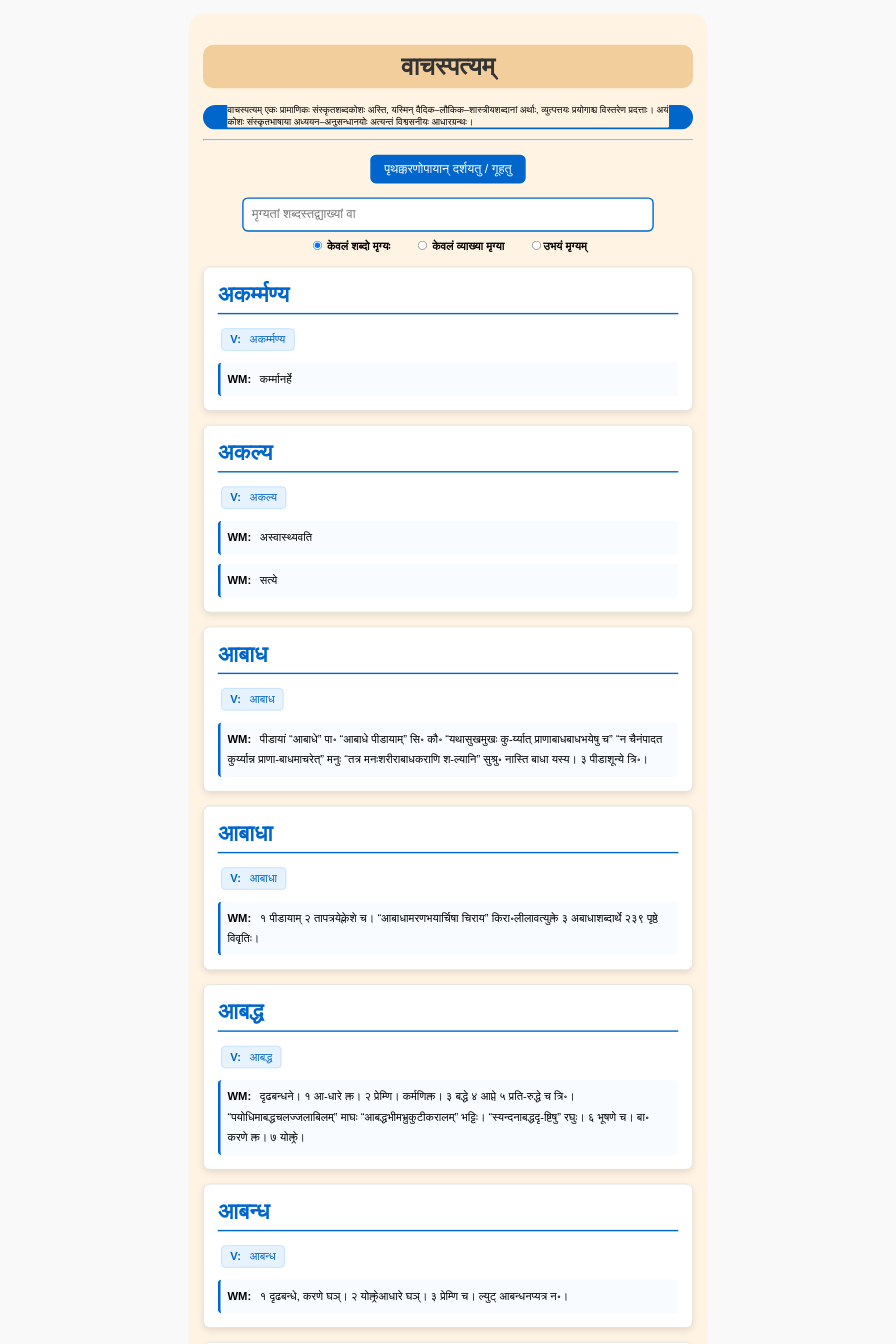
Repository: sanskritsphere/vachaspatyam-demo
Page: index.html
The author's editor kept a copy of each file at every save. The page is drawn from the files as they stood at one save, then again after the next save.
The browser window is 1280 px wide. The pictures show the part of the page from y = 0 to 1920 px (the page is 3446 px tall before and 3444 px after), at 70% of full size.

Above is the page before, as saved 2025-12-14 12:49:09.

After the next save:
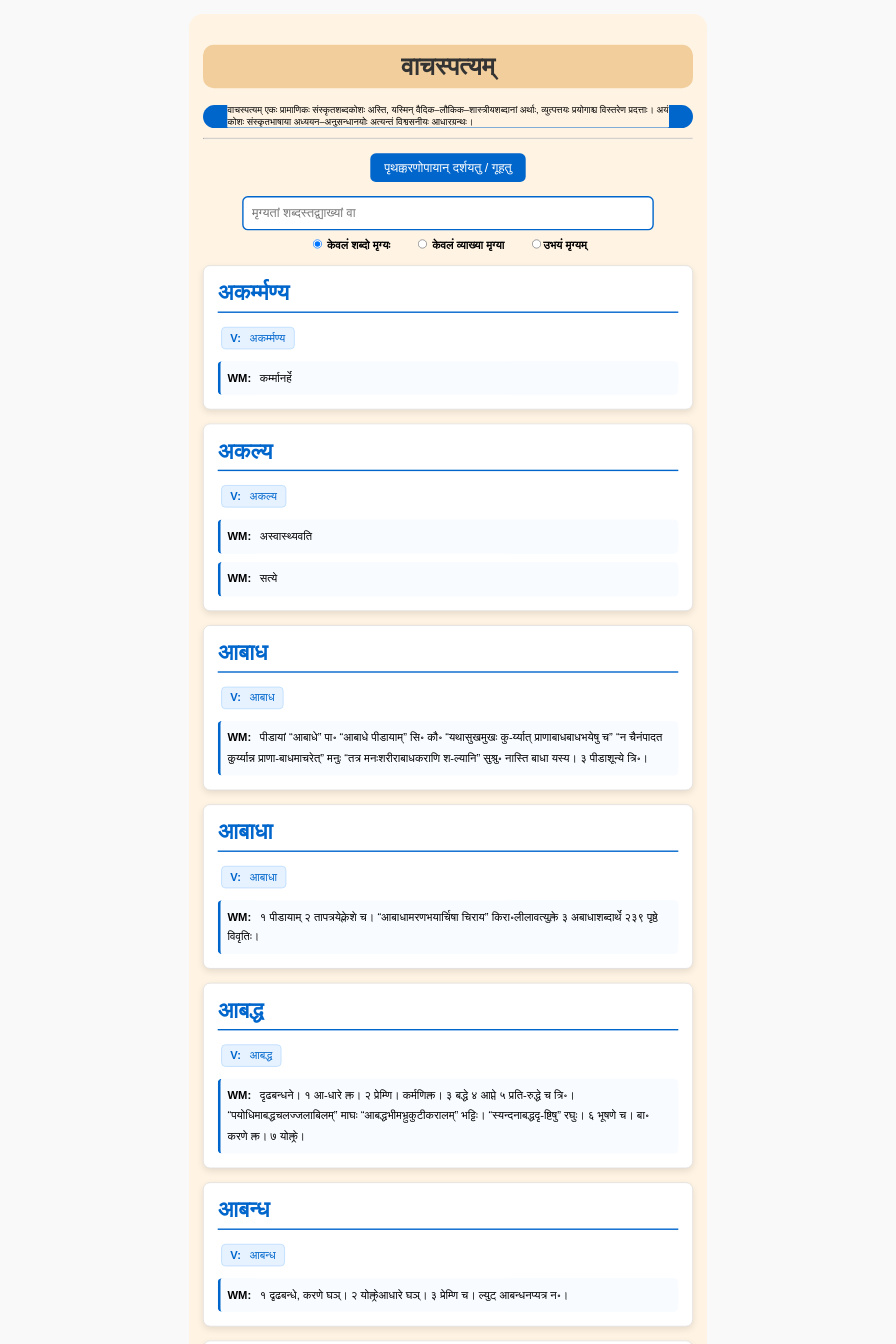
Saved 11 s later.
--- a/style.css
+++ b/style.css
@@ -33,7 +33,7 @@
             border-left: 35px solid #0066cc;
             border-radius: 100px ;
             border-right: 35px solid #0066cc;
-            border-bottom: 3px solid #0066cc;
+            border-bottom: 1px solid #0066cc;
         }
         #toggleFilters {
             display: block;
